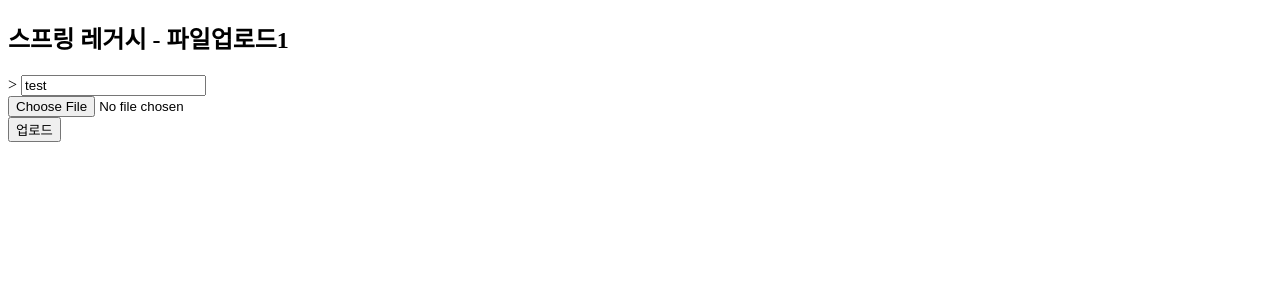
Repository: midrash/fileUpload-Test
Page: http://localhost/fileupload03-legacy/
An editor plug-in stored every save of this project. The page is shown before and after the next save, followed by the edit.
The browser window is 1280 px wide. The pictures show the whole page.
The page is served by Tomcat 9.

Above is the page before, as saved 2020-11-04 06:42:17.

After the next save:
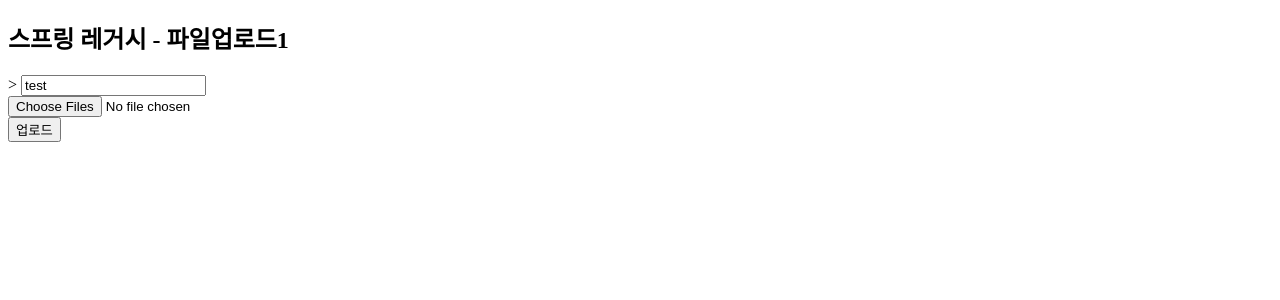
Saved 4 min 39 s later.
--- a/fileupload03-legacy/src/main/webapp/WEB-INF/views/index.jsp
+++ b/fileupload03-legacy/src/main/webapp/WEB-INF/views/index.jsp
@@ -10,7 +10,7 @@
 	<h2>스프링 레거시 - 파일업로드1</h2>
 	<form method="post" enctype="multipart/form-data" action="${pageContext.request.contextPath}/file/upload1.do"> <!-- dy일땐 직접 서블릿을 불러서 했었는데 스프링은 이렇게 하면 컨테이너가 관리하지 않아서 빈을 사용하지 못햄 그래서 이렇게 해서 켄테이너를 이용해야함 -->>
 	<input type="text" name="msg" value="test"><br>
-	<input type="file" name="attach" ><br>
+	<input type="file" name="attach" multiple="multiple"><br>
 	<button>업로드</button>
 	</form>
 </body>
